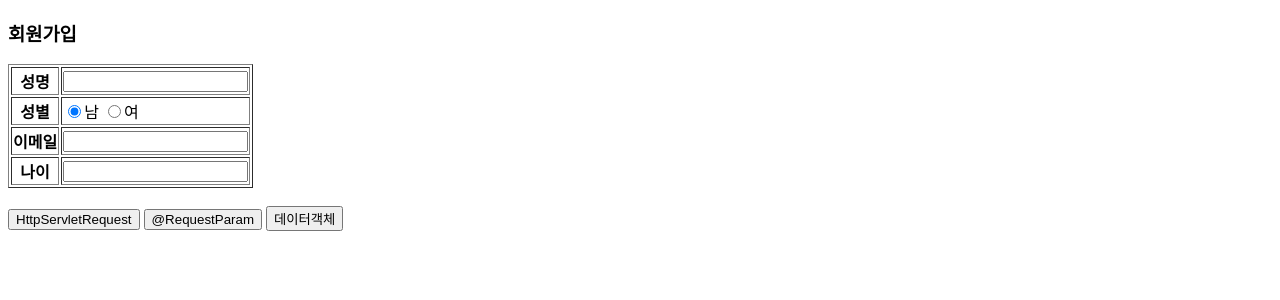
Repository: JSY93/spring-web
Page: http://localhost/web/member
The author's editor kept a copy of each file at every save. The page is drawn from the files as they stood at one save, then again after the next save.
The browser window is 1280 px wide. The pictures show the whole page.
The page is served by Tomcat 9.

Above is the page before, as saved 2021-01-06 05:38:53.

After the next save:
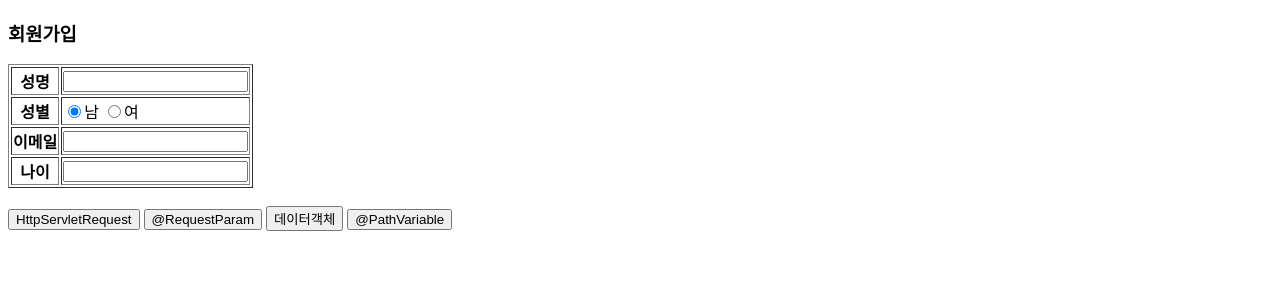
Saved 4 min 3 s later.
--- a/Study_Spring/web/src/main/webapp/WEB-INF/views/member/join.jsp
+++ b/Study_Spring/web/src/main/webapp/WEB-INF/views/member/join.jsp
@@ -32,6 +32,7 @@
 	onclick ='action="joinRequestParam"'/>
 <input type='submit' value='데이터객체'
 	onclick = 'action="joinDataObject" ' />
+<input type='submit' value='@PathVariable'/>
 </form>
 
 </body>
